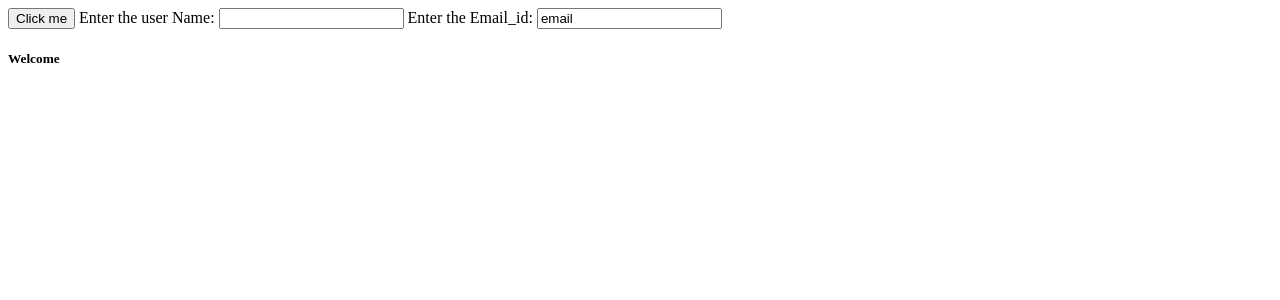
Repository: madhuri777/jdbc
Page: WebPage/WebContent/index.html
These files come from the project's save history. The page is drawn as it stood at one moment and after the next save; the edit follows.
The browser window is 1280 px wide. The pictures show the whole page.

Above is the page before, as saved 2018-05-22 07:25:24.

### WebPage/WebContent/index.html
<!DOCTYPE html>
<html>
<head>
<meta charset="UTF-8">
<title>Insert title here</title>
</head>
<body>
<form action="welcomepage" method="get">
<input type="submit" value="Click me">
Enter the user Name: <input type="text" value="" name="userName">
Enter the Email_id: <input type="email" value="email" name="">
</form>
<h5>Welcome</h5>
</body>
</html>

After the next save:
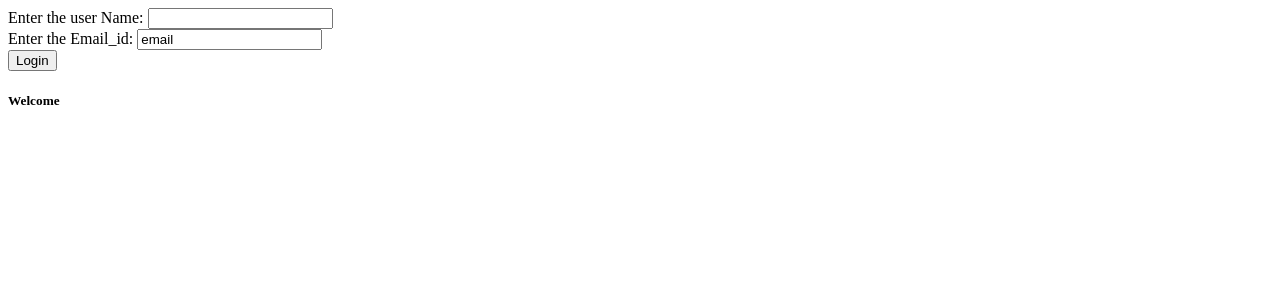
Saved 37 s later.
--- a/WebPage/WebContent/index.html
+++ b/WebPage/WebContent/index.html
@@ -6,9 +6,9 @@
 </head>
 <body>
 <form action="welcomepage" method="get">
-<input type="submit" value="Click me">
-Enter the user Name: <input type="text" value="" name="userName">
-Enter the Email_id: <input type="email" value="email" name="">
+Enter the user Name: <input type="text" value="" name="userName"><br>
+Enter the Email_id: <input type="email" value="email" name=""><br>
+<input type="submit" value="Login">
 </form>
 <h5>Welcome</h5>
 </body>
